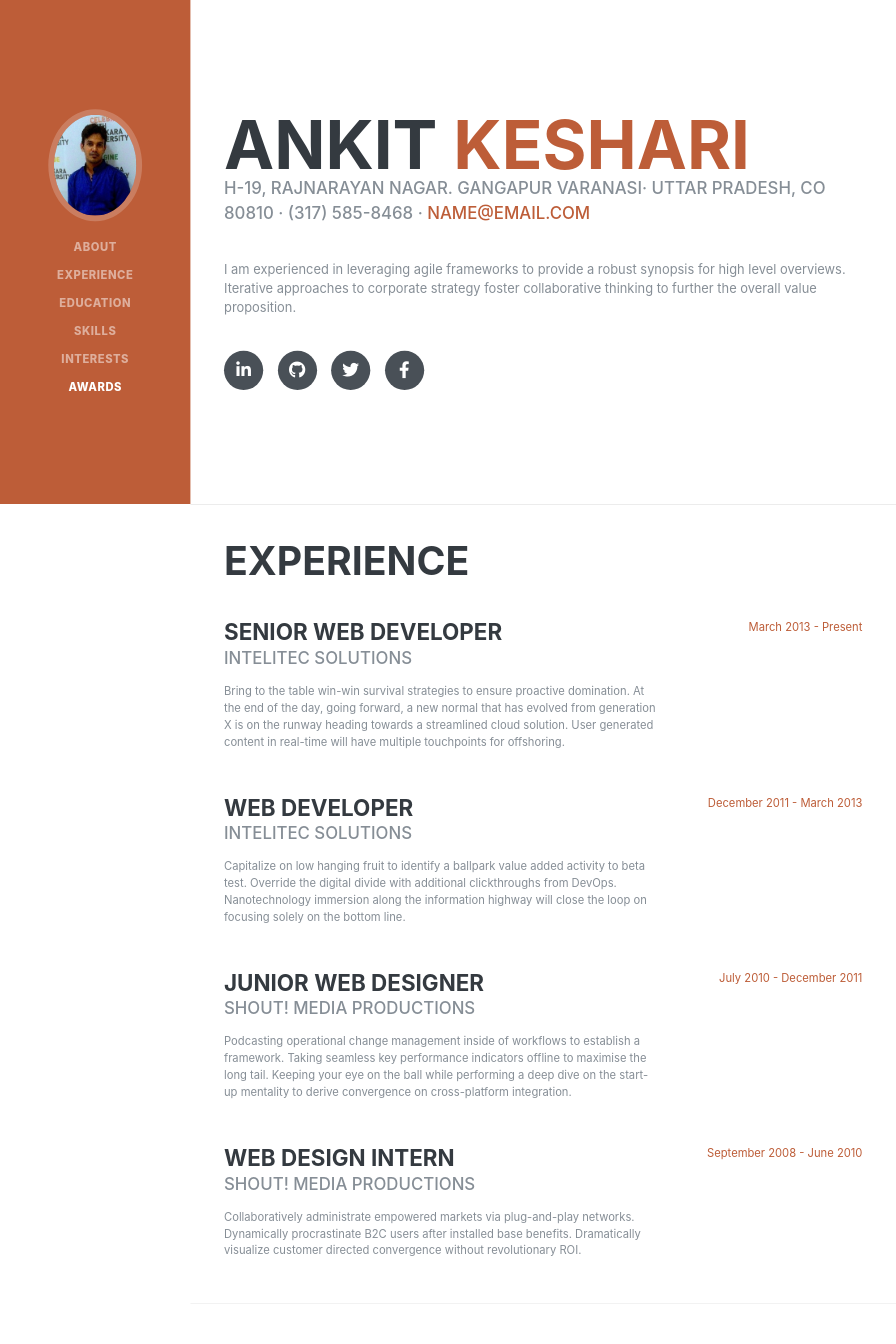
Repository: ankitkeshari719/ankitkeshari719.github.io
Page: index.html
An editor plug-in stored every save of this project. The page is shown before and after a run of saves, followed by the edit.
The browser window is 1280 px wide. The pictures show the part of the page from y = 0 to 1920 px (the page is 4746 px tall), at 70% of full size.
Some web fonts or font styles are not loaded; a fallback is used.

Above is the page before, as saved 2020-03-13 15:52:59.

### index.html
<!DOCTYPE html>
<html lang="en">

<head>

  <meta charset="utf-8">
  <meta name="viewport" content="width=device-width, initial-scale=1, shrink-to-fit=no">
  <meta name="description" content="">
  <meta name="author" content="">

  <title>Ankit Keshari : Portfolio</title>

  <!-- Bootstrap core CSS -->
  <link href="vendor/bootstrap/css/bootstrap.min.css" rel="stylesheet">

  <!-- Custom fonts for this template -->
  <link href="https://fonts.googleapis.com/css?family=Saira+Extra+Condensed:500,700" rel="stylesheet">
  <link href="https://fonts.googleapis.com/css?family=Muli:400,400i,800,800i" rel="stylesheet">
  <link href="vendor/fontawesome-free/css/all.min.css" rel="stylesheet">

  <!-- Custom styles for this template -->
  <link href="css/resume.min.css" rel="stylesheet">

</head>

<body id="page-top">

  <nav class="navbar navbar-expand-lg navbar-dark bg-primary fixed-top" id="sideNav">
    <a class="navbar-brand js-scroll-trigger" href="#page-top">
      <span class="d-block d-lg-none">Ankit Keshari</span>
      <span class="d-none d-lg-block">
        <img class="img-fluid img-profile rounded-circle mx-auto mb-2" src="img/profile.jpg" alt="">
      </span>
    </a>
    <button class="navbar-toggler" type="button" data-toggle="collapse" data-target="#navbarSupportedContent" aria-controls="navbarSupportedContent" aria-expanded="false" aria-label="Toggle navigation">
      <span class="navbar-toggler-icon"></span>
    </button>
    <div class="collapse navbar-collapse" id="navbarSupportedContent">
      <ul class="navbar-nav">
        <li class="nav-item">
          <a class="nav-link js-scroll-trigger" href="#about">About</a>
        </li>
        <li class="nav-item">
          <a class="nav-link js-scroll-trigger" href="#experience">Experience</a>
        </li>
        <li class="nav-item">
          <a class="nav-link js-scroll-trigger" href="#education">Education</a>
        </li>
        <li class="nav-item">
          <a class="nav-link js-scroll-trigger" href="#skills">Skills</a>
        </li>
        <li class="nav-item">
          <a class="nav-link js-scroll-trigger" href="#interests">Interests</a>
        </li>
        <li class="nav-item">
          <a class="nav-link js-scroll-trigger" href="#awards">Awards</a>
        </li>
      </ul>
    </div>
  </nav>

  <div class="container-fluid p-0">
    <section class="resume-section p-3 p-lg-5 d-flex align-items-center" id="about">
      <div class="w-100">
        <h1 class="mb-0">Ankit
          <span class="text-primary">Keshari</span>
        </h1>
        <div class="subheading mb-5">H-19, Rajnarayan Nagar. Gangapur Varanasi· Uttar Pradesh, CO 80810 · (317) 585-8468 ·
          <a href="mailto:name@email.com">name@email.com</a>
        </div>
        <p class="lead mb-5">I am experienced in leveraging agile frameworks to provide a robust synopsis for high level overviews. Iterative approaches to corporate strategy foster collaborative thinking to further the overall value proposition.</p>
        <div class="social-icons">
          <a href="#">
            <i class="fab fa-linkedin-in"></i>
          </a>
          <a href="#">
            <i class="fab fa-github"></i>
          </a>
          <a href="#">
            <i class="fab fa-twitter"></i>
          </a>
          <a href="#">
            <i class="fab fa-facebook-f"></i>
          </a>
        </div>
      </div>
    </section>

    <hr class="m-0">

    <section class="resume-section p-3 p-lg-5 d-flex justify-content-center" id="experience">
      <div class="w-100">
        <h2 class="mb-5">Experience</h2>

        <div class="resume-item d-flex flex-column flex-md-row justify-content-between mb-5">
          <div class="resume-content">
            <h3 class="mb-0">Senior Web Developer</h3>
            <div class="subheading mb-3">Intelitec Solutions</div>
            <p>Bring to the table win-win survival strategies to ensure proactive domination. At the end of the day, going forward, a new normal that has evolved from generation X is on the runway heading towards a streamlined cloud solution. User generated content in real-time will have multiple touchpoints for offshoring.</p>
          </div>
          <div class="resume-date text-md-right">
            <span class="text-primary">March 2013 - Present</span>
          </div>
        </div>

        <div class="resume-item d-flex flex-column flex-md-row justify-content-between mb-5">
          <div class="resume-content">
            <h3 class="mb-0">Web Developer</h3>
            <div class="subheading mb-3">Intelitec Solutions</div>
            <p>Capitalize on low hanging fruit to identify a ballpark value added activity to beta test. Override the digital divide with additional clickthroughs from DevOps. Nanotechnology immersion along the information highway will close the loop on focusing solely on the bottom line.</p>
          </div>
          <div class="resume-date text-md-right">
            <span class="text-primary">December 2011 - March 2013</span>
          </div>
        </div>

        <div class="resume-item d-flex flex-column flex-md-row justify-content-between mb-5">
          <div class="resume-content">
            <h3 class="mb-0">Junior Web Designer</h3>
            <div class="subheading mb-3">Shout! Media Productions</div>
            <p>Podcasting operational change management inside of workflows to establish a framework. Taking seamless key performance indicators offline to maximise the long tail. Keeping your eye on the ball while performing a deep dive on the start-up mentality to derive convergence on cross-platform integration.</p>
          </div>
          <div class="resume-date text-md-right">
            <span class="text-primary">July 2010 - December 2011</span>
          </div>
        </div>

        <div class="resume-item d-flex flex-column flex-md-row justify-content-between">
          <div class="resume-content">
            <h3 class="mb-0">Web Design Intern</h3>
            <div class="subheading mb-3">Shout! Media Productions</div>
            <p>Collaboratively administrate empowered markets via plug-and-play networks. Dynamically procrastinate B2C users after installed base benefits. Dramatically visualize customer directed convergence without revolutionary ROI.</p>
          </div>
          <div class="resume-date text-md-right">
            <span class="text-primary">September 2008 - June 2010</span>
          </div>
        </div>

      </div>

    </section>

    <hr class="m-0">

    <section class="resume-section p-3 p-lg-5 d-flex align-items-center" id="education">
      <div class="w-100">
        <h2 class="mb-5">Education</h2>

        <div class="resume-item d-flex flex-column flex-md-row justify-content-between mb-5">
          <div class="resume-content">
            <h3 class="mb-0">University of Colorado Boulder</h3>
            <div class="subheading mb-3">Bachelor of Science</div>
            <div>Computer Science - Web Development Track</div>
            <p>GPA: 3.23</p>
          </div>
          <div class="resume-date text-md-right">
            <span class="text-primary">August 2006 - May 2010</span>
          </div>
        </div>

        <div class="resume-item d-flex flex-column flex-md-row justify-content-between">
          <div class="resume-content">
            <h3 class="mb-0">James Buchanan High School</h3>
            <div class="subheading mb-3">Technology Magnet Program</div>
            <p>GPA: 3.56</p>
          </div>
          <div class="resume-date text-md-right">
            <span class="text-primary">August 2002 - May 2006</span>
          </div>
        </div>

      </div>
    </section>

    <hr class="m-0">

    <section class="resume-section p-3 p-lg-5 d-flex align-items-center" id="skills">
      <div class="w-100">
        <h2 class="mb-5">Skills</h2>

        <div class="subheading mb-3">Programming Languages &amp; Tools</div>
        <ul class="list-inline dev-icons">
          <li class="list-inline-item">
            <i class="fab fa-html5"></i>
          </li>
          <li class="list-inline-item">
            <i class="fab fa-css3-alt"></i>
          </li>
          <li class="list-inline-item">
            <i class="fab fa-js-square"></i>
          </li>
          <li class="list-inline-item">
            <i class="fab fa-angular"></i>
          </li>
          <li class="list-inline-item">
            <i class="fab fa-react"></i>
          </li>
          <li class="list-inline-item">
            <i class="fab fa-node-js"></i>
          </li>
          <li class="list-inline-item">
            <i class="fab fa-sass"></i>
          </li>
          <li class="list-inline-item">
            <i class="fab fa-less"></i>
          </li>
          <li class="list-inline-item">
            <i class="fab fa-wordpress"></i>
          </li>
          <li class="list-inline-item">
            <i class="fab fa-gulp"></i>
          </li>
          <li class="list-inline-item">
            <i class="fab fa-grunt"></i>
          </li>
          <li class="list-inline-item">
            <i class="fab fa-npm"></i>
          </li>
        </ul>

        <div class="subheading mb-3">Workflow</div>
        <ul class="fa-ul mb-0">
          <li>
            <i class="fa-li fa fa-check"></i>
            Mobile-First, Responsive Design</li>
          <li>
            <i class="fa-li fa fa-check"></i>
            Cross Browser Testing &amp; Debugging</li>
          <li>
            <i class="fa-li fa fa-check"></i>
            Cross Functional Teams</li>
          <li>
            <i class="fa-li fa fa-check"></i>
            Agile Development &amp; Scrum</li>
        </ul>
      </div>
    </section>

    <hr class="m-0">

    <section class="resume-section p-3 p-lg-5 d-flex align-items-center" id="interests">
      <div class="w-100">
        <h2 class="mb-5">Interests</h2>
        <p>Apart from being a web developer, I enjoy most of my time being outdoors. In the winter, I am an avid skier and novice ice climber. During the warmer months here in Colorado, I enjoy mountain biking, free climbing, and kayaking.</p>
        <p class="mb-0">When forced indoors, I follow a number of sci-fi and fantasy genre movies and television shows, I am an aspiring chef, and I spend a large amount of my free time exploring the latest technology advancements in the front-end web development world.</p>
      </div>
    </section>

    <hr class="m-0">

    <section class="resume-section p-3 p-lg-5 d-flex align-items-center" id="awards">
      <div class="w-100">
        <h2 class="mb-5">Awards &amp; Certifications</h2>
        <ul class="fa-ul mb-0">
          <li>
            <i class="fa-li fa fa-trophy text-warning"></i>
            Google Analytics Certified Developer</li>
          <li>
            <i class="fa-li fa fa-trophy text-warning"></i>
            Mobile Web Specialist - Google Certification</li>
          <li>
            <i class="fa-li fa fa-trophy text-warning"></i>
            1<sup>st</sup>
            Place - University of Colorado Boulder - Emerging Tech Competition 2009</li>
          <li>
            <i class="fa-li fa fa-trophy text-warning"></i>
            1<sup>st</sup>
            Place - University of Colorado Boulder - Adobe Creative Jam 2008 (UI Design Category)</li>
          <li>
            <i class="fa-li fa fa-trophy text-warning"></i>
            2<sup>nd</sup>
            Place - University of Colorado Boulder - Emerging Tech Competition 2008</li>
          <li>
            <i class="fa-li fa fa-trophy text-warning"></i>
            1<sup>st</sup>
            Place - James Buchanan High School - Hackathon 2006</li>
          <li>
            <i class="fa-li fa fa-trophy text-warning"></i>
            3<sup>rd</sup>
            Place - James Buchanan High School - Hackathon 2005</li>
        </ul>
      </div>
    </section>

  </div>

  <!-- Bootstrap core JavaScript -->
  <script src="vendor/jquery/jquery.min.js"></script>
  <script src="vendor/bootstrap/js/bootstrap.bundle.min.js"></script>

  <!-- Plugin JavaScript -->
  <script src="vendor/jquery-easing/jquery.easing.min.js"></script>

  <!-- Custom scripts for this template -->
  <script src="js/resume.min.js"></script>

</body>

</html>

Loaded but not shown: vendor/bootstrap/css/bootstrap.min.css (library); vendor/fontawesome-free/css/all.min.css (library); css/resume.min.css (common file); vendor/jquery/jquery.min.js (library); vendor/bootstrap/js/bootstrap.bundle.min.js (library); vendor/jquery-easing/jquery.easing.min.js (common file); js/resume.min.js (common file)

After the next 2 saves:
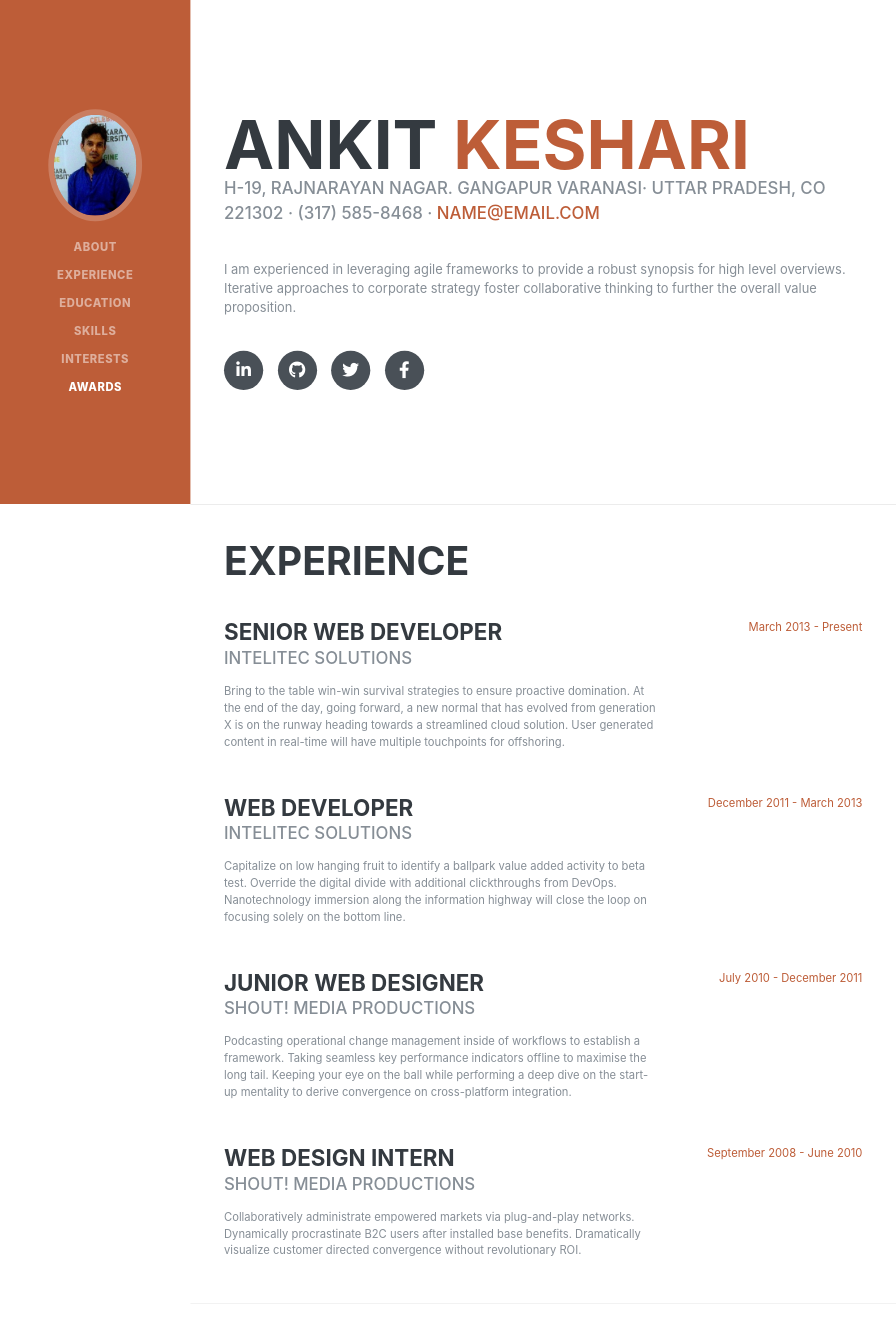
The 2 saves are shown as one change because they came seconds apart.
The last was saved 10 s later.
--- a/index.html
+++ b/index.html
@@ -65,7 +65,7 @@
         <h1 class="mb-0">Ankit
           <span class="text-primary">Keshari</span>
         </h1>
-        <div class="subheading mb-5">H-19, Rajnarayan Nagar. Gangapur Varanasi· Uttar Pradesh, CO 80810 · (317) 585-8468 ·
+        <div class="subheading mb-5">H-19, Rajnarayan Nagar. Gangapur Varanasi· Uttar Pradesh, CO 221302 · (317) 585-8468 ·
           <a href="mailto:name@email.com">name@email.com</a>
         </div>
         <p class="lead mb-5">I am experienced in leveraging agile frameworks to provide a robust synopsis for high level overviews. Iterative approaches to corporate strategy foster collaborative thinking to further the overall value proposition.</p>
